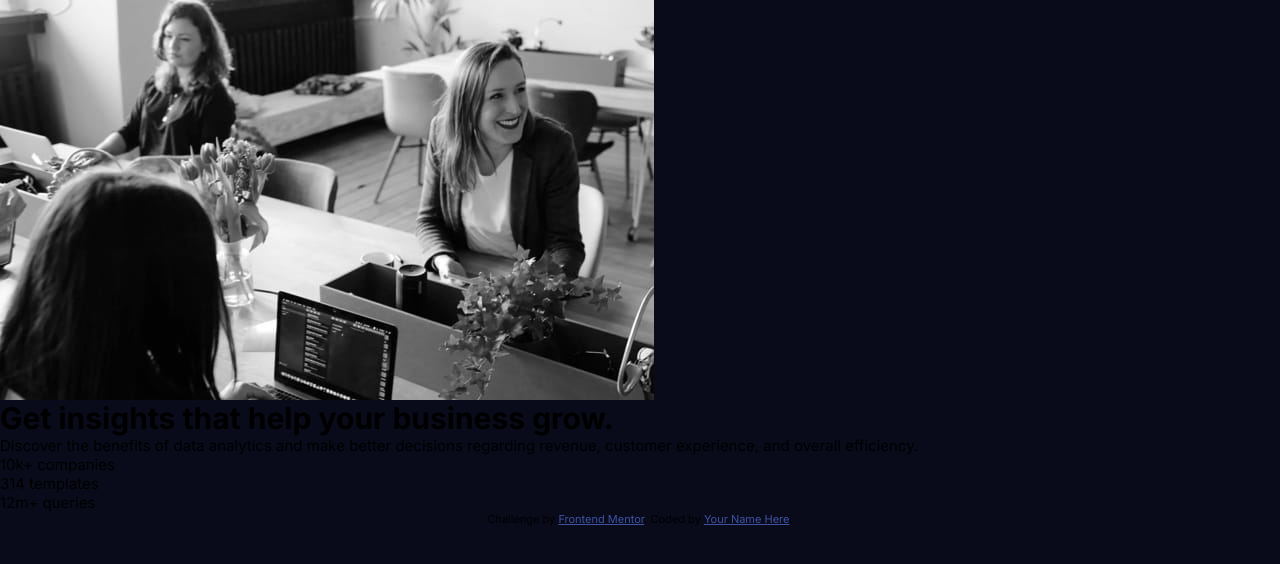
Repository: DejV44/stats-preview-card-component-main
Page: index.html
An editor plug-in stored every save of this project. The page is shown before and after the next save, followed by the edit.
The browser window is 1280 px wide. The pictures show the whole page.
The style sheet was rebuilt from its Sass, Less or Tailwind sources for each picture, by a compiler version that may differ from the author's.

Above is the page before, as saved 2021-07-04 23:20:00.

After the next save:
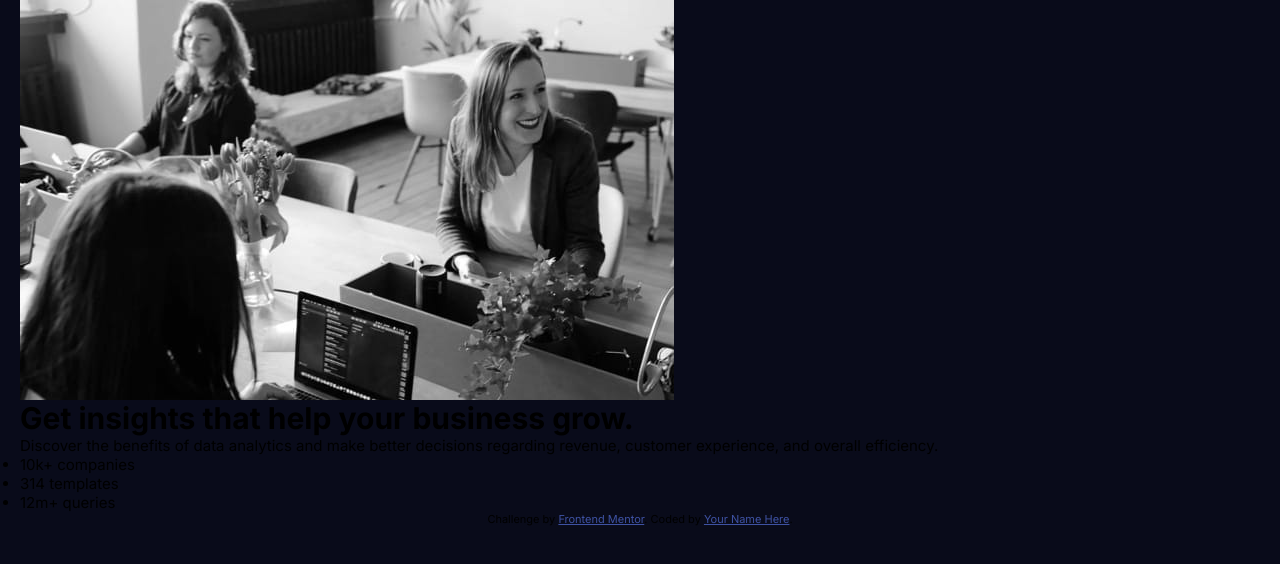
Saved 68 s later.
--- a/css/style.scss
+++ b/css/style.scss
@@ -22,6 +22,8 @@ body {
   background-color: $mainBackground;
 
   .container {
+
+    margin: 0 20px ;
     .picture {
       background: url("/images/image-header-mobile.jpg") no-repeat, center/cover;
       height: 400px;
